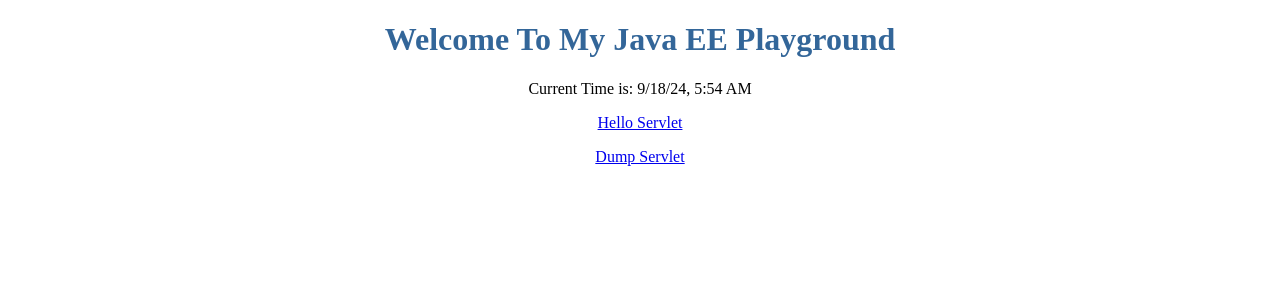
Repository: stanleydk4/JAVA_EE
Page: http://localhost/myWeb/
These files come from the project's save history. The page is drawn as it stood at one moment and after the next save; the edit follows.
The browser window is 1280 px wide. The pictures show the whole page.
The page is served by Tomcat 10.

Above is the page before, as saved 2024-09-19 02:11:49.

After the next save:
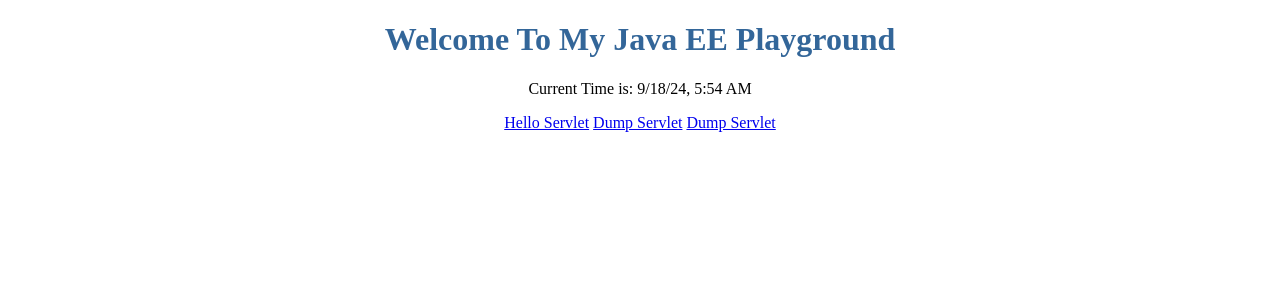
Saved 51 s later.
--- a/myWeb/src/main/webapp/index.jsp
+++ b/myWeb/src/main/webapp/index.jsp
@@ -12,7 +12,10 @@
 <body>
 	<h1>Welcome To My Java EE Playground</h1>
 	<p>Current Time is: <%= SimpleDateFormat.getInstance().format(new Date()) %></p>
-	<p><a href ="admin/hello.aspx">Hello Servlet</a></p>
-	<p><a href ="admin/dump.view">Dump Servlet</a></p>
+	<p>
+		<a href ="admin/hello.aspx">Hello Servlet</a>
+		<a href ="admin/dump.view">Dump Servlet</a>
+		<a href ="admin/dump.view">Dump Servlet</a>
+	</p>
 </body>
 </html>
